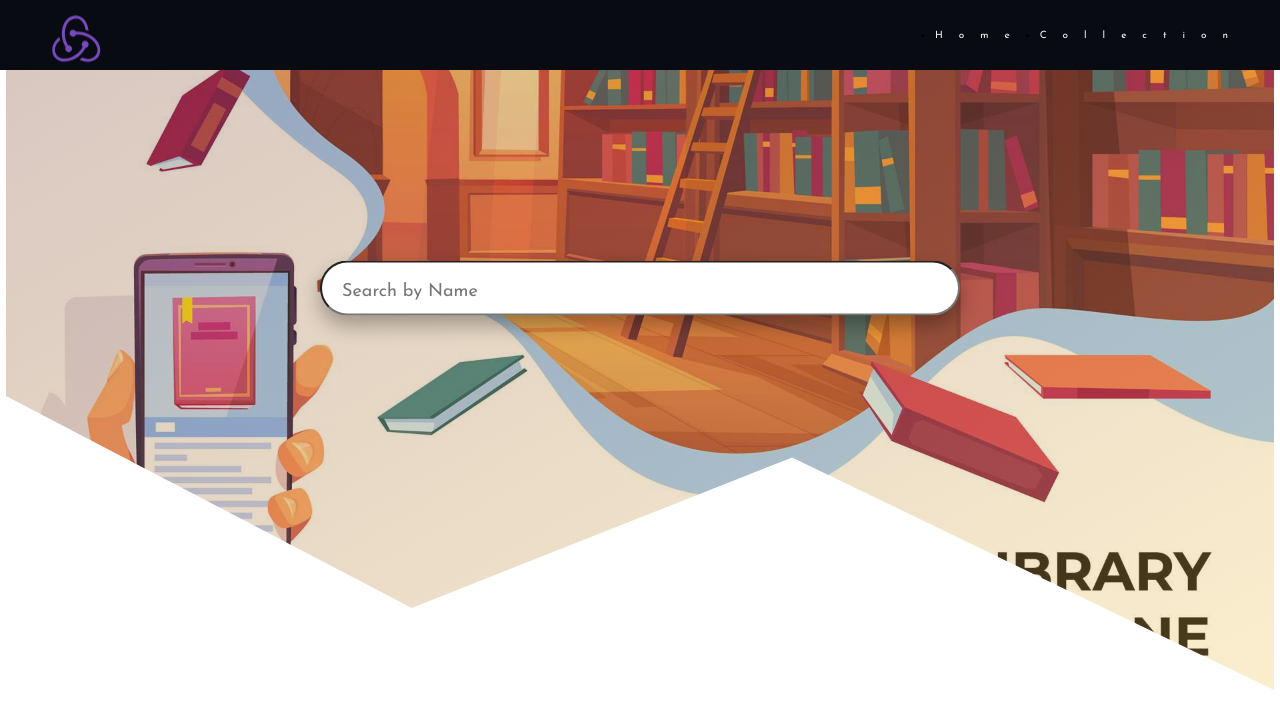
Repository: Kol124/react-book-library
Page: /
These files come from the project's save history. The page is drawn as it stood at one moment and after the next save; the edit follows.
The browser window is 1280 px wide. The pictures show the whole page.
The project was rebuilt for these pictures with package versions that can differ from the ones it lists, and the page was loaded fresh each time.

Above is the page before, as saved 2021-07-13 18:20:06.

### public/index.html
<!DOCTYPE html>
<html lang="en">
  <head>
    <meta charset="utf-8" />
    <link rel="icon" href="%PUBLIC_URL%/favicon.ico" />
    <meta name="viewport" content="width=device-width, initial-scale=1" />
    <meta name="theme-color" content="#000000" />
    <meta
      name="description"
      content="Web site created using create-react-app"
    />
    <link rel="apple-touch-icon" href="%PUBLIC_URL%/logo192.png" />
    <!--
      manifest.json provides metadata used when your web app is installed on a
      user's mobile device or desktop. See https://developers.google.com/web/fundamentals/web-app-manifest/
    -->
    <link rel="manifest" href="%PUBLIC_URL%/manifest.json" />
    <!--
      Notice the use of %PUBLIC_URL% in the tags above.
      It will be replaced with the URL of the `public` folder during the build.
      Only files inside the `public` folder can be referenced from the HTML.

      Unlike "/favicon.ico" or "favicon.ico", "%PUBLIC_URL%/favicon.ico" will
      work correctly both with client-side routing and a non-root public URL.
      Learn how to configure a non-root public URL by running `npm run build`.
    -->
    <link rel="stylesheet" href="all.min.css" />
    <title>React Redux App</title>
  </head>
  <body>
    <noscript>You need to enable JavaScript to run this app.</noscript>
    <div id="root"></div>
    <!--
      This HTML file is a template.
      If you open it directly in the browser, you will see an empty page.

      You can add webfonts, meta tags, or analytics to this file.
      The build step will place the bundled scripts into the <body> tag.

      To begin the development, run `npm start` or `yarn start`.
      To create a production bundle, use `npm run build` or `yarn build`.
    -->
  </body>
</html>

### src/index.css
@import url(fonts.css);

*,
*::before,
*::after {
  margin: 0;
  padding: 0;
  box-sizing: inherit;
}

html {
  scroll-behavior: smooth;
  box-sizing: border-box;
  font-size: 62.5%;
}

@media only screen and (max-width: 1024px) {
  html {
    font-size: 52.25%;
  }
}

/* @media only screen and (max-width: 768px) {
  html {
    font-size: 50%;
  }
} */

@media only screen and (max-width: 480px) {
  html {
    font-size: 50%;
  }
}

body {
  font-family: Josefin Sans, "Lucida Sans", cursive;
  margin: 0.6rem;
}

a {
  color: #f9f9f9;
  text-decoration: none;
}

.App-logo {
  height: 8.5vmin;
  pointer-events: none;
}

@media (prefers-reduced-motion: no-preference) {
  .App-logo {
    animation: App-logo-float infinite 3s ease-in-out;
  }
}

@keyframes App-logo-float {
  0% {
    transform: translateY(0);
  }
  50% {
    transform: translateY(5px);
  }
  100% {
    transform: translateY(0px);
  }
}

### src/App.js
import React from "react";
import Home from "./components/Home";
import Nav from "./components/Nav";
import { BrowserRouter as Router, Switch, Route } from "react-router-dom";

function App() {
  return (
    <Router>
      <Nav />
      <Switch>
        <Route exact path="/">
          <Home />
        </Route>
      </Switch>
    </Router>
  );
}

export default App;

### src/fonts.css
/* josefin-sans-300 - latin */
@font-face {
  font-family: "Josefin Sans";
  font-style: normal;
  font-weight: 300;
  src: url("./fonts/josefin-sans-v17-latin-300.eot"); /* IE9 Compat Modes */
  src: local(""),
    url("./fonts/josefin-sans-v17-latin-300.eot?#iefix")
      format("embedded-opentype"),
    /* IE6-IE8 */ url("./fonts/josefin-sans-v17-latin-300.woff2")
      format("woff2"),
    /* Super Modern Browsers */ url("./fonts/josefin-sans-v17-latin-300.woff")
      format("woff"),
    /* Modern Browsers */ url("./fonts/josefin-sans-v17-latin-300.ttf")
      format("truetype"),
    /* Safari, Android, iOS */
      url("./fonts/josefin-sans-v17-latin-300.svg#JosefinSans") format("svg"); /* Legacy iOS */
}
/* josefin-sans-regular - latin */
@font-face {
  font-family: "Josefin Sans";
  font-style: normal;
  font-weight: 400;
  src: url("./fonts/josefin-sans-v17-latin-regular.eot"); /* IE9 Compat Modes */
  src: local(""),
    url("./fonts/josefin-sans-v17-latin-regular.eot?#iefix")
      format("embedded-opentype"),
    /* IE6-IE8 */ url("./fonts/josefin-sans-v17-latin-regular.woff2")
      format("woff2"),
    /* Super Modern Browsers */
      url("./fonts/josefin-sans-v17-latin-regular.woff") format("woff"),
    /* Modern Browsers */ url("./fonts/josefin-sans-v17-latin-regular.ttf")
      format("truetype"),
    /* Safari, Android, iOS */
      url("./fonts/josefin-sans-v17-latin-regular.svg#JosefinSans")
      format("svg"); /* Legacy iOS */
}
/* josefin-sans-600 - latin */
@font-face {
  font-family: "Josefin Sans";
  font-style: normal;
  font-weight: 600;
  src: url("./fonts/josefin-sans-v17-latin-600.eot"); /* IE9 Compat Modes */
  src: local(""),
    url("./fonts/josefin-sans-v17-latin-600.eot?#iefix")
      format("embedded-opentype"),
    /* IE6-IE8 */ url("./fonts/josefin-sans-v17-latin-600.woff2")
      format("woff2"),
    /* Super Modern Browsers */ url("./fonts/josefin-sans-v17-latin-600.woff")
      format("woff"),
    /* Modern Browsers */ url("./fonts/josefin-sans-v17-latin-600.ttf")
      format("truetype"),
    /* Safari, Android, iOS */
      url("./fonts/josefin-sans-v17-latin-600.svg#JosefinSans") format("svg"); /* Legacy iOS */
}
/* josefin-sans-700 - latin */
@font-face {
  font-family: "Josefin Sans";
  font-style: normal;
  font-weight: 700;
  src: url("./fonts/josefin-sans-v17-latin-700.eot"); /* IE9 Compat Modes */
  src: local(""),
    url("./fonts/josefin-sans-v17-latin-700.eot?#iefix")
      format("embedded-opentype"),
    /* IE6-IE8 */ url("./fonts/josefin-sans-v17-latin-700.woff2")
      format("woff2"),
    /* Super Modern Browsers */ url("./fonts/josefin-sans-v17-latin-700.woff")
      format("woff"),
    /* Modern Browsers */ url("./fonts/josefin-sans-v17-latin-700.ttf")
      format("truetype"),
    /* Safari, Android, iOS */
      url("./fonts/josefin-sans-v17-latin-700.svg#JosefinSans") format("svg"); /* Legacy iOS */
}

/* josefin-slab-300 - latin */
@font-face {
  font-family: "Josefin Slab";
  font-style: normal;
  font-weight: 300;
  src: url("./fonts/josefin-slab-v13-latin-300.eot"); /* IE9 Compat Modes */
  src: local(""),
    url("./fonts/josefin-slab-v13-latin-300.eot?#iefix")
      format("embedded-opentype"),
    /* IE6-IE8 */ url("./fonts/josefin-slab-v13-latin-300.woff2")
      format("woff2"),
    /* Super Modern Browsers */ url("./fonts/josefin-slab-v13-latin-300.woff")
      format("woff"),
    /* Modern Browsers */ url("./fonts/josefin-slab-v13-latin-300.ttf")
      format("truetype"),
    /* Safari, Android, iOS */
      url("./fonts/josefin-slab-v13-latin-300.svg#JosefinSlab") format("svg"); /* Legacy iOS */
}
/* josefin-slab-regular - latin */
@font-face {
  font-family: "Josefin Slab";
  font-style: normal;
  font-weight: 400;
  src: url("./fonts/josefin-slab-v13-latin-regular.eot"); /* IE9 Compat Modes */
  src: local(""),
    url("./fonts/josefin-slab-v13-latin-regular.eot?#iefix")
      format("embedded-opentype"),
    /* IE6-IE8 */ url("./fonts/josefin-slab-v13-latin-regular.woff2")
      format("woff2"),
    /* Super Modern Browsers */
      url("./fonts/josefin-slab-v13-latin-regular.woff") format("woff"),
    /* Modern Browsers */ url("./fonts/josefin-slab-v13-latin-regular.ttf")
      format("truetype"),
    /* Safari, Android, iOS */
      url("./fonts/josefin-slab-v13-latin-regular.svg#JosefinSlab")
      format("svg"); /* Legacy iOS */
}
/* josefin-slab-600 - latin */
@font-face {
  font-family: "Josefin Slab";
  font-style: normal;
  font-weight: 600;
  src: url("./fonts/josefin-slab-v13-latin-600.eot"); /* IE9 Compat Modes */
  src: local(""),
    url("./fonts/josefin-slab-v13-latin-600.eot?#iefix")
      format("embedded-opentype"),
    /* IE6-IE8 */ url("./fonts/josefin-slab-v13-latin-600.woff2")
      format("woff2"),
    /* Super Modern Browsers */ url("./fonts/josefin-slab-v13-latin-600.woff")
      format("woff"),
    /* Modern Browsers */ url("./fonts/josefin-slab-v13-latin-600.ttf")
      format("truetype"),
    /* Safari, Android, iOS */
      url("./fonts/josefin-slab-v13-latin-600.svg#JosefinSlab") format("svg"); /* Legacy iOS */
}
/* josefin-slab-700 - latin */
@font-face {
  font-family: "Josefin Slab";
  font-style: normal;
  font-weight: 700;
  src: url("./fonts/josefin-slab-v13-latin-700.eot"); /* IE9 Compat Modes */
  src: local(""),
    url("./fonts/josefin-slab-v13-latin-700.eot?#iefix")
      format("embedded-opentype"),
    /* IE6-IE8 */ url("./fonts/josefin-slab-v13-latin-700.woff2")
      format("woff2"),
    /* Super Modern Browsers */ url("./fonts/josefin-slab-v13-latin-700.woff")
      format("woff"),
    /* Modern Browsers */ url("./fonts/josefin-slab-v13-latin-700.ttf")
      format("truetype"),
    /* Safari, Android, iOS */
      url("./fonts/josefin-slab-v13-latin-700.svg#JosefinSlab") format("svg"); /* Legacy iOS */
}

/* montserrat-300 - latin */
@font-face {
  font-family: "Montserrat";
  font-style: normal;
  font-weight: 300;
  src: url("./fonts/montserrat-v15-latin-300.eot"); /* IE9 Compat Modes */
  src: local(""),
    url("./fonts/montserrat-v15-latin-300.eot?#iefix")
      format("embedded-opentype"),
    /* IE6-IE8 */ url("./fonts/montserrat-v15-latin-300.woff2") format("woff2"),
    /* Super Modern Browsers */ url("./fonts/montserrat-v15-latin-300.woff")
      format("woff"),
    /* Modern Browsers */ url("./fonts/montserrat-v15-latin-300.ttf")
      format("truetype"),
    /* Safari, Android, iOS */
      url("./fonts/montserrat-v15-latin-300.svg#Montserrat") format("svg"); /* Legacy iOS */
}
/* montserrat-regular - latin */
@font-face {
  font-family: "Montserrat";
  font-style: normal;
  font-weight: 400;
  src: url("./fonts/montserrat-v15-latin-regular.eot"); /* IE9 Compat Modes */
  src: local(""),
    url("./fonts/montserrat-v15-latin-regular.eot?#iefix")
      format("embedded-opentype"),
    /* IE6-IE8 */ url("./fonts/montserrat-v15-latin-regular.woff2")
      format("woff2"),
    /* Super Modern Browsers */ url("./fonts/montserrat-v15-latin-regular.woff")
      format("woff"),
    /* Modern Browsers */ url("./fonts/montserrat-v15-latin-regular.ttf")
      format("truetype"),
    /* Safari, Android, iOS */
      url("./fonts/montserrat-v15-latin-regular.svg#Montserrat") format("svg"); /* Legacy iOS */
}
/* montserrat-500 - latin */
@font-face {
  font-family: "Montserrat";
  font-style: normal;
  font-weight: 500;
  src: url("./fonts/montserrat-v15-latin-500.eot"); /* IE9 Compat Modes */
  src: local(""),
    url("./fonts/montserrat-v15-latin-500.eot?#iefix")
      format("embedded-opentype"),
    /* IE6-IE8 */ url("./fonts/montserrat-v15-latin-500.woff2") format("woff2"),
    /* Super Modern Browsers */ url("./fonts/montserrat-v15-latin-500.woff")
      format("woff"),
    /* Modern Browsers */ url("./fonts/montserrat-v15-latin-500.ttf")
      format("truetype"),
    /* Safari, Android, iOS */
      url("./fonts/montserrat-v15-latin-500.svg#Montserrat") format("svg"); /* Legacy iOS */
}

### src/components/Home.js
import React from "react";
import Header from "./Header";
import styled from "styled-components";

export default function Home() {
  return (
    <div>
      <Header />
      <Search type="text" placeholder="Search by Name" />
    </div>
  );
}

const Container = styled.main`
  min-height: calc(100vh - 250px);
  overflow-x: hidden;
  top: 72px;
  display: block;
  position: relative;
  padding: 0 calc(3.5vw + 5px);
`;

const Search = styled.input`
  font-family: "Josefin Sans", cursive;
  padding: 1.5rem 1rem 1rem 2rem;
  margin: 0 auto 1rem auto;
  position: absolute;
  height: 5.5rem;
  color: #ccc;
  width: 50%;
  top: 40%;
  left: 50%;
  outline: none;
  font-size: 1.8rem;
  border-radius: 3rem;
  transform: translate(-50%, -50%);
  box-shadow: 0 10px 20px rgba(0, 0, 0, 0.3);
`;

### src/components/Nav.js
import React from "react";
import logo from "../logo.svg";
import { Link } from "react-router-dom";
import styled from "styled-components";

const Nav = () => {
  return (
    <Navigation>
      <Logo>
        <img src={logo} className="App-logo" alt="logo" />
      </Logo>

      <NavMenu>
        <li>
          <Link to="/">Home</Link>
        </li>

        <li>
          <Link to="/">Collection</Link>
        </li>
      </NavMenu>
    </Navigation>
  );
};

const Navigation = styled.nav`
  top: 0;
  right: 0;
  display: flex;
  position: fixed;
  letter-spacing: 16px;
  background-color: #090b13;
  justify-content: space-between;
  align-items: center;
  padding: 0 36px;
  height: 70px;
  z-index: 3;
  left: 0;
`;

const Logo = styled.a`
  padding: 0;
  width: 80px;
  font-size: 0;
  margin-top: 4px;
  max-height: 70px;
  display: inline-block;

  img {
    display: block;
    width: 100%;
  }
`;

const NavMenu = styled.div`
  position: relative;
  margin-right: 2rem;
  /* margin-left: auto; */
  margin: 0px;
  padding: 0px;
  height: 100%;
  display: flex;
  align-items: center;
  flex-flow: row nowrap;
  justify-content: flex-end;

  /* a {
    span {
      color: rgb(249, 249, 249);
      white-space: nowrap;
      line-height: 1.08;
      margin-left: 8px;
      cursor: pointer;
      font-size: 13px;
      padding: 2px 0px;
      position: relative;
      letter-spacing: 1.42px;

      &:before {
        background-color: rgb(249, 249, 249);
        border-radius: 0px 0px 4px 4px;
        position: absolute;
        bottom: -6px;
        content: "";
        height: 2px;
        left: 0px;
        opacity: 0;
        right: 0px;
        width: auto;
        visibility: hidden;
        transform: scaleX(0);
        transform-origin: left center;
        transition: all 250ms cubic-bezier(0.25, 0.46, 0.45, 0.94) 0s;
      }
    }

    &:hover {
      span:before {
        transform: scaleX(1);
        visibility: visible;
        opacity: 1 !important;
      }
    }
  } */

  @media (max-width: 768px) {
    display: none;
  }
`;

export default Nav;

### src/features/counter/counterSlice.js
import { createSlice } from '@reduxjs/toolkit';

export const counterSlice = createSlice({
  name: 'counter',
  initialState: {
    value: 0,
  },
  reducers: {
    increment: state => {
      // Redux Toolkit allows us to write "mutating" logic in reducers. It
      // doesn't actually mutate the state because it uses the Immer library,
      // which detects changes to a "draft state" and produces a brand new
      // immutable state based off those changes
      state.value += 1;
    },
    decrement: state => {
      state.value -= 1;
    },
    incrementByAmount: (state, action) => {
      state.value += action.payload;
    },
  },
});

export const { increment, decrement, incrementByAmount } = counterSlice.actions;

// The function below is called a thunk and allows us to perform async logic. It
// can be dispatched like a regular action: `dispatch(incrementAsync(10))`. This
// will call the thunk with the `dispatch` function as the first argument. Async
// code can then be executed and other actions can be dispatched
export const incrementAsync = amount => dispatch => {
  setTimeout(() => {
    dispatch(incrementByAmount(amount));
  }, 1000);
};

// The function below is called a selector and allows us to select a value from
// the state. Selectors can also be defined inline where they're used instead of
// in the slice file. For example: `useSelector((state) => state.counter.value)`
export const selectCount = state => state.counter.value;

export default counterSlice.reducer;

### src/components/Header.js
import React from "react";
import Nav from "./Nav";
import styled from "styled-components";

const HeaderBackground = styled.header`
  height: 95vh;
  z-index: -100;
  position: relative;
  background-image: linear-gradient(
      to right bottom,
      rgba(120, 65, 46, 0.3),
      rgb(245, 203, 92, 0.3)
    ),
    url("/images/header-2.jpg");
  background-size: cover;
  background-position: top;
  background-repeat: no-repeat;
  background-attachment: fixed;
  clip-path: polygon(0 0, 100% 0, 100% 100%, 62% 66%, 32% 88%, 0 57%);

  @media only screen and (max-width: 480px) {
    height: 85vh;
  }
`;

const Header = () => {
  return (
    <>
      <Nav />
      <HeaderBackground />
    </>
  );
};

export default Header;

Loaded but not shown: src/index.js (common file); src/app/store.js (common file); src/serviceWorker.js (common file); public/all.min.css (library)

After the next save:
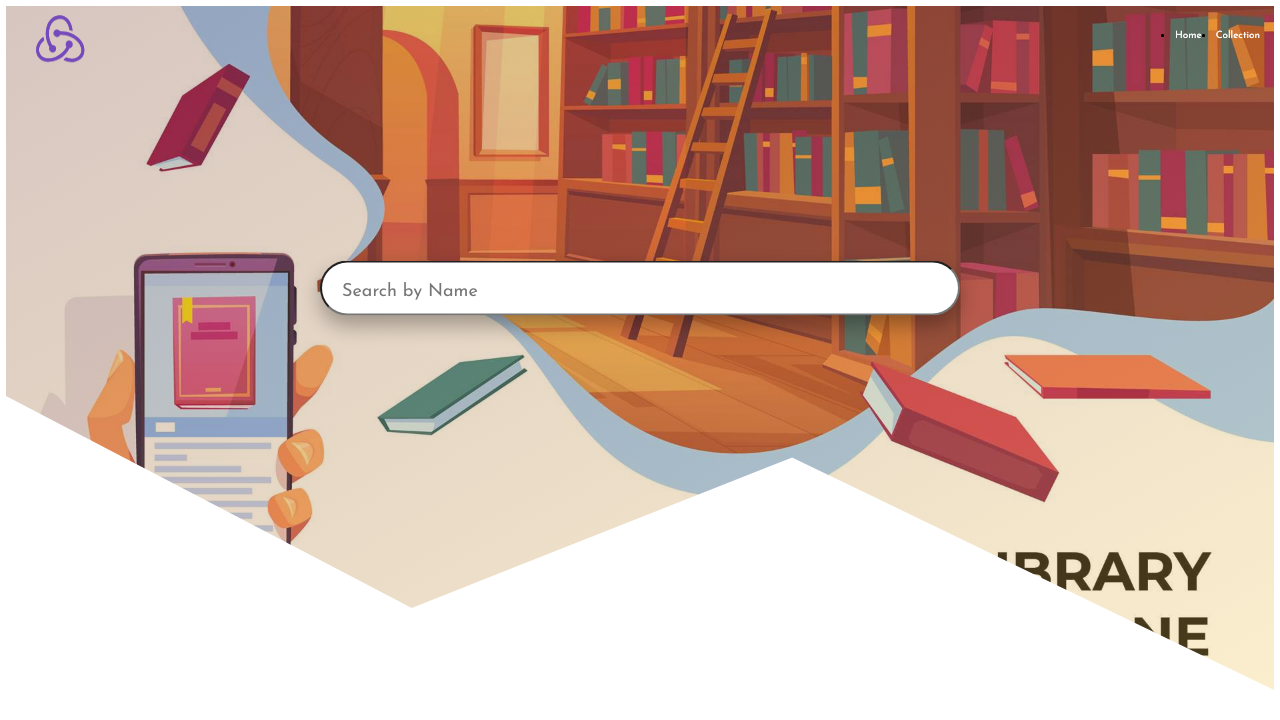
Saved 71 s later.
--- a/src/components/Nav.js
+++ b/src/components/Nav.js
@@ -28,12 +28,10 @@
   right: 0;
   display: flex;
   position: fixed;
-  letter-spacing: 16px;
-  background-color: #090b13;
   justify-content: space-between;
   align-items: center;
-  padding: 0 36px;
-  height: 70px;
+  padding: 0 2rem;
+  height: 7rem;
   z-index: 3;
   left: 0;
 `;
